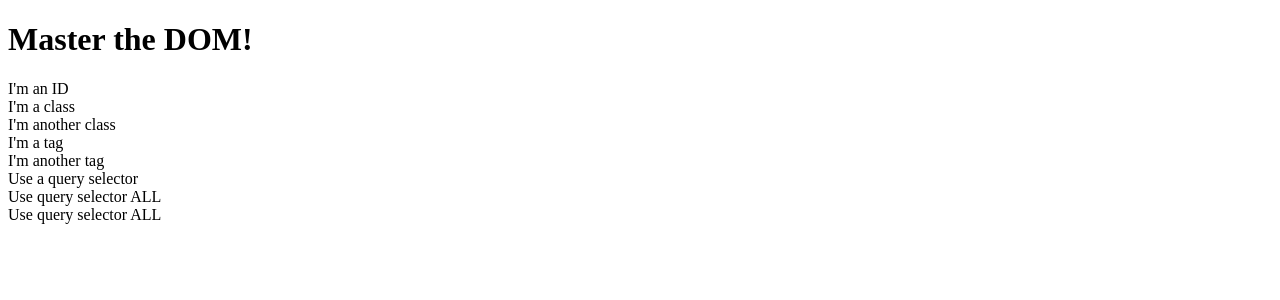
Repository: glgeorgiou/100-days-of-code-projects
Page: DOM Testing/1.html
The author's editor kept a copy of each file at every save. The page is drawn from the files as they stood at one save, then again after the next save.
The browser window is 1280 px wide. The pictures show the whole page.

Above is the page before, as saved 2020-04-14 10:30:26.
Console error: TypeError: Cannot read properties of null (reading 'style')

### DOM Testing/1.html
<!DOCTYPE html>
<html lang="en">
<head>
  <title>Master the DOM!</title>
  <script src="1.js"></script>
</head>
<body>
  <h1>Master the DOM!</h1>
  <div id="test">I'm an ID</div>
  <div class="test">I'm a class</div>
  <div class="test">I'm another class</div>
  <section>I'm a tag</section>
  <section>I'm another tag</section>
  <div id="test-query">Use a query selector</div>
  <div class="test-query-all">Use query selector ALL</div>
  <div class="test-query-all">Use query selector ALL</div>

</body>
</html>

### DOM Testing/1.js
/** Using js to colorize DOM */

//First paragraph
testId = document.getElementById('test');
testId.style.backgroundColor = 'red'

After the next save:
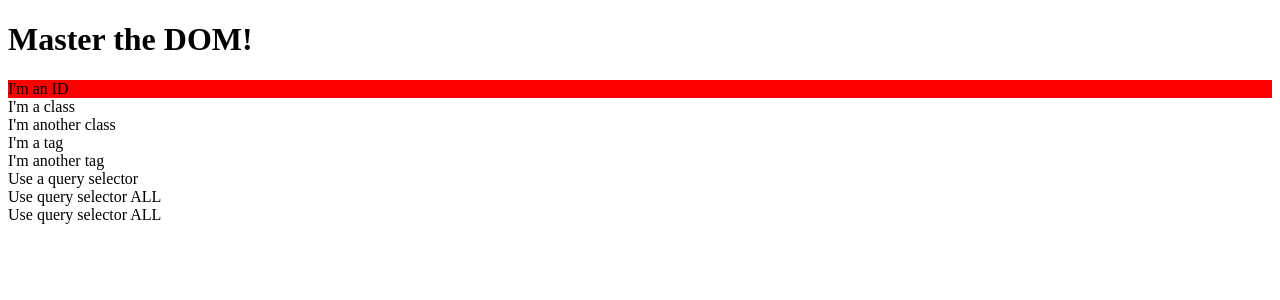
The error is gone.
Saved 21 s later.
--- a/DOM Testing/1.html
+++ b/DOM Testing/1.html
@@ -2,18 +2,18 @@
 <html lang="en">
 <head>
   <title>Master the DOM!</title>
-  <script src="1.js"></script>
 </head>
 <body>
-  <h1>Master the DOM!</h1>
-  <div id="test">I'm an ID</div>
-  <div class="test">I'm a class</div>
-  <div class="test">I'm another class</div>
-  <section>I'm a tag</section>
-  <section>I'm another tag</section>
-  <div id="test-query">Use a query selector</div>
-  <div class="test-query-all">Use query selector ALL</div>
-  <div class="test-query-all">Use query selector ALL</div>
+    <h1>Master the DOM!</h1>
+    <div id="test">I'm an ID</div>
+    <div class="test">I'm a class</div>
+    <div class="test">I'm another class</div>
+    <section>I'm a tag</section>
+    <section>I'm another tag</section>
+    <div id="test-query">Use a query selector</div>
+    <div class="test-query-all">Use query selector ALL</div>
+    <div class="test-query-all">Use query selector ALL</div>
 
+    <script src="1.js"></script>
 </body>
 </html>
